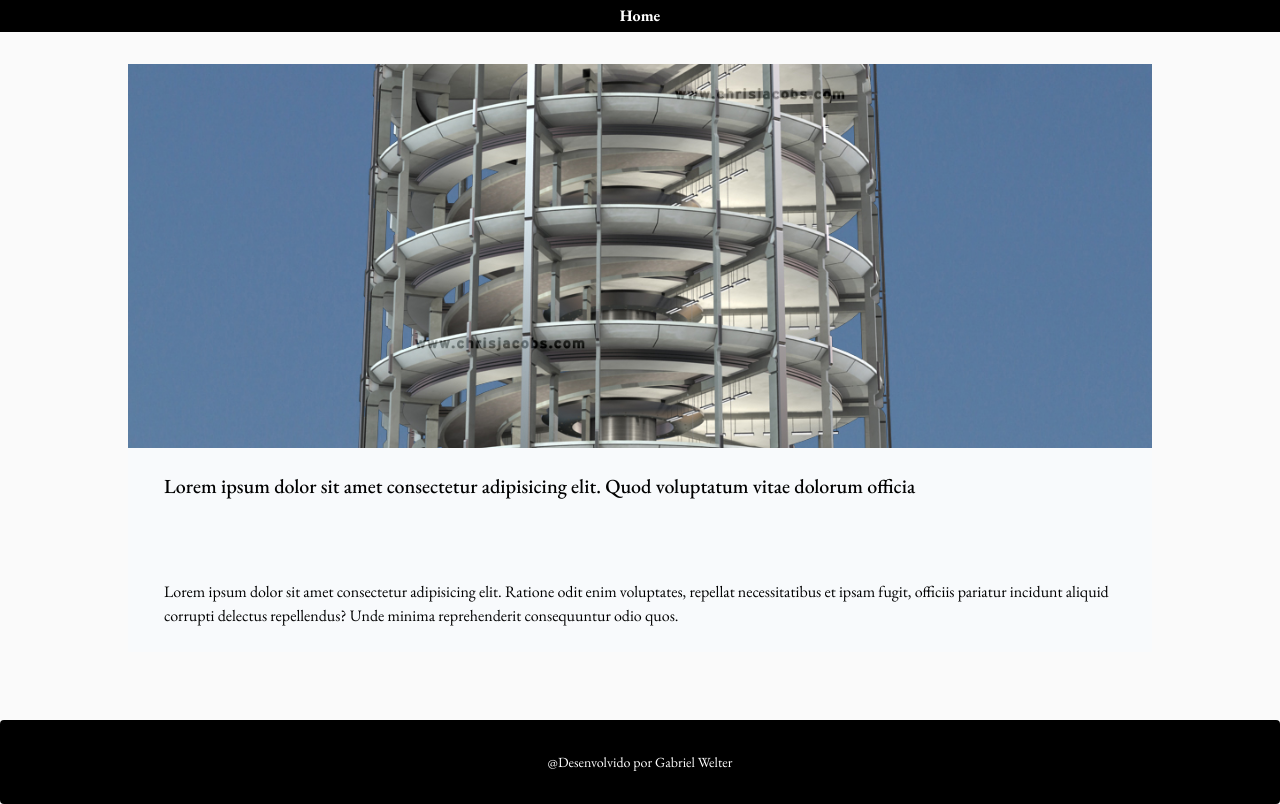
Repository: weltergab/Your-News-2-prismic-cms
Page: /noticiafull
The author's editor kept a copy of each file at every save. The page is drawn from the files as they stood at one save, then again after the next save.
The browser window is 1280 px wide. The pictures show the whole page.
The project was rebuilt for these pictures with package versions that can differ from the ones it lists, and the page was loaded fresh each time. The framework's server and built-in components were replaced by stand-ins that run in the browser. Also part of the build but not shown: next.config.js.

Above is the page before, as saved 2023-04-30 20:06:49.

### src/pages/_document.tsx
import { Footer } from '@/components/Footer'
import { Navegacao } from '@/components/Navegacao'
import { Html, Head, Main, NextScript } from 'next/document'

export default function Document() {
  return (
    <Html lang="en">
      <Head>
        <link
          href="https://fonts.googleapis.com/css2?family=Roboto:wght@400;500&display=swap"
          rel="stylesheet"
        />
        <link rel="preconnect" href="https://fonts.googleapis.com" />
        <link rel="preconnect" href="https://fonts.gstatic.com" />
        <link href="https://fonts.googleapis.com/css2?family=EB+Garamond:ital,wght@0,400;0,500;0,600;0,700;0,800;1,400;1,500;1,600;1,700;1,800&family=Montserrat:ital,wght@0,300;0,400;0,500;0,600;0,700;0,800;0,900;1,300;1,400;1,500;1,600;1,700;1,800;1,900&display=swap" rel="stylesheet" />
      </Head>
      <body>
        <Navegacao />

        <Main />
        <NextScript />

        <Footer />
      </body>
    </Html>
  )
}

### src/pages/noticiafull/index.tsx
import Image from "next/image";

function NoticiaFull() {

  return (
    <div className='bg-color-bg bg-center bg-cover bg-no-repeat min-h-screen items-center flex flex-col'>

      <h1>Noticia Full</h1>
      <div className="bg-color-bg2 items-center flex flex-col mt-8 w-full max-w-5xl">
        <div className="h-96 w-full border-color-bg2 bg-green-300 relative overflow-hidden">
          <Image
            src="/vert.jpg"
            alt="Minha imagem"
            fill
            style={{ objectFit: 'cover' }} // object-fit: "contain"
          />
        </div>
        <div className="h-auto py-6 mx-3 px-6 flex flex-col relative">
          <h1 className="font-medium pb-20 text-xl">Lorem ipsum dolor sit amet consectetur adipisicing elit. Quod voluptatum vitae dolorum officia</h1>
          <p>Lorem ipsum dolor sit amet consectetur adipisicing elit. Ratione odit enim voluptates, repellat necessitatibus et ipsam fugit, officiis pariatur incidunt aliquid corrupti delectus repellendus? Unde minima reprehenderit consequuntur odio quos.</p>
        </div>
      </div>

    </div>
  )
}

export default NoticiaFull;

### src/styles/globals.css
@tailwind base;
@tailwind components;
@tailwind utilities;

h1 {
    @apply text-2xl text-color-title;
}

body {
    @apply bg-color-bg text-color-text2;
    -webkit-font-smoothing: antialiased;
  }

  /*

  a {
    color: #0070f3;
    text-decoration: none;
    font-weight: bold;
  }

  a:hover {
    font-style: italic;
  }


.btn {
    @apply text-base font-medium rounded-lg p-3;
}
.btn--primary {
    @apply bg-sky-500 text-white;
}
.btn--secondary {
    @apply bg-slate-100 text-slate-900;
}


Caixa de Texto 1
color: #f8fafc;
    background-color: var(--tw-prose-pre-bg);
    overflow-x: auto;
    font-weight: 400;
    font-size: .875em;
    line-height: 1.7142857;
    margin-top: 1.4285714285714286em;
    margin-bottom: 2.2857142857142856em;
    border-radius: 0.75rem;
    padding: 1.25rem;
    box-shadow: 0 4px 6px -1px #0000001a, 0 2px 4px -2px #0000001a;
    display: flex;
*/

### src/components/Footer/index.tsx
export function Footer() {
  return (
    <div className="bg-color-footer text-color-text w-full p-8 rounded">
      <div className="text-center text-sm">
        @Desenvolvido por Gabriel Welter
      </div>
    </div>
  );
}

### src/components/Navegacao/index.tsx
import Link from "next/link";

export function Navegacao() {
  return (
    <div className="bg-color-footer text-color-text w-full p-1 mb-40 top-0 fixed z-10">
      <div className="text-center">
        <Link href="/">
          <h2 className="font-bold">Home</h2>
        </Link>
      </div>
    </div>
  );
}

### tailwind.config.js
/** @type {import('tailwindcss').Config} */
module.exports = {
  content: [
    './src/pages/**/*.{js,ts,jsx,tsx,mdx}',
    './src/components/**/*.{js,ts,jsx,tsx,mdx}',
    './src/app/**/*.{js,ts,jsx,tsx,mdx}',

    // Or if using `src` directory:
    "./src/**/*.{js,ts,jsx,tsx,mdx}",
  ],
  theme: {
    extend: {
      backgroundImage: {
        blur: 'url(/assets/blur-background.png)'
      },
      fontFamily: {
        sans: 'EB Garamond, serif, Montserrat, sans-serif'
      },
      colors: {
        black1: { //
          200: '#848DA0',
          300: '#C4C4C4',
          400: '#444B5B',
          500: '#0EE7B7',
          600: '#7AC7E3',
        },
        green: {
          300: '#00B37E',
          500: '#00875F',
          700: '#015F43',
        },
        blue: {
          500: '#81D8F7',
          700: '#1B2138',
          900: '#11172B',//
        },
        orange: {
          500: '#FBA94C',
        },
        red: {
          500: '#F75A68',
        },
        gray: {
          100: '#E1E1E6',
          200: '#C4C4CC',
          300: '#8D8D99',
          400: '#f8fafc', //
          500: '#323238',
          600: '#29292E',
          700: '#121214',
          900: '#09090A',
        },
        test: {
          100: '#1A1E23',
          200: '#4A90E2',
          300: '#F2F2F2',
          400: '#222222',
          500: '#68CC7A',
          600: '#FF5B5B',
        },
        fav: {
          100: '#242D34', //desfocado twitter blue
          300: '#15202B', //twitter blue
          200: '#282A36', //vscode
          400: '#11172B', //meu portifolio
        },
        color1: {
          'btn': '#0E2A47', // botões principais, textos de destaque e links que precisam se destacar
          'btn2': '#485B39', // botões secundários, elementos de navegação e detalhes que precisam se destacar sem serem tão intensos
          'bg': '#D8D8D8', // bg
          'bg2': '#11172B', // fundos dos elementos de conteúdo
          'del': '#7A1E1E', // botões de ação destrutiva
          'title': '#3B0D35', // cabeçalhos de seções importantes e títulos de página
          'confirm': '#FFA400', // botões de ação positiva
          'text': '#FFFFFF', // texto principal e o fundo de elementos de destaque
          'text2': '#000000',
          'div': '#A8A8A8', // bordas e elementos de divisão
          'footer': '#000000', // footer e nav
        },
        color: {
          'btn': '#0E2A47',
          'btn2': '#485B39',
          'bg': '#FAFAFA',
          'bg2': '#f8fafc',
          'del': '#7A1E1E',
          'title': '#000000',
          'confirm': '#FFA400',
          'text': '#FFFFFF',
          'text2': '#000000',
          'div': '#A8A8A8',
          'footer': '#000000',
        }
      },
    },
  },
  plugins: [],
}

Loaded but not shown: src/pages/_app.tsx (common file)

After the next save:
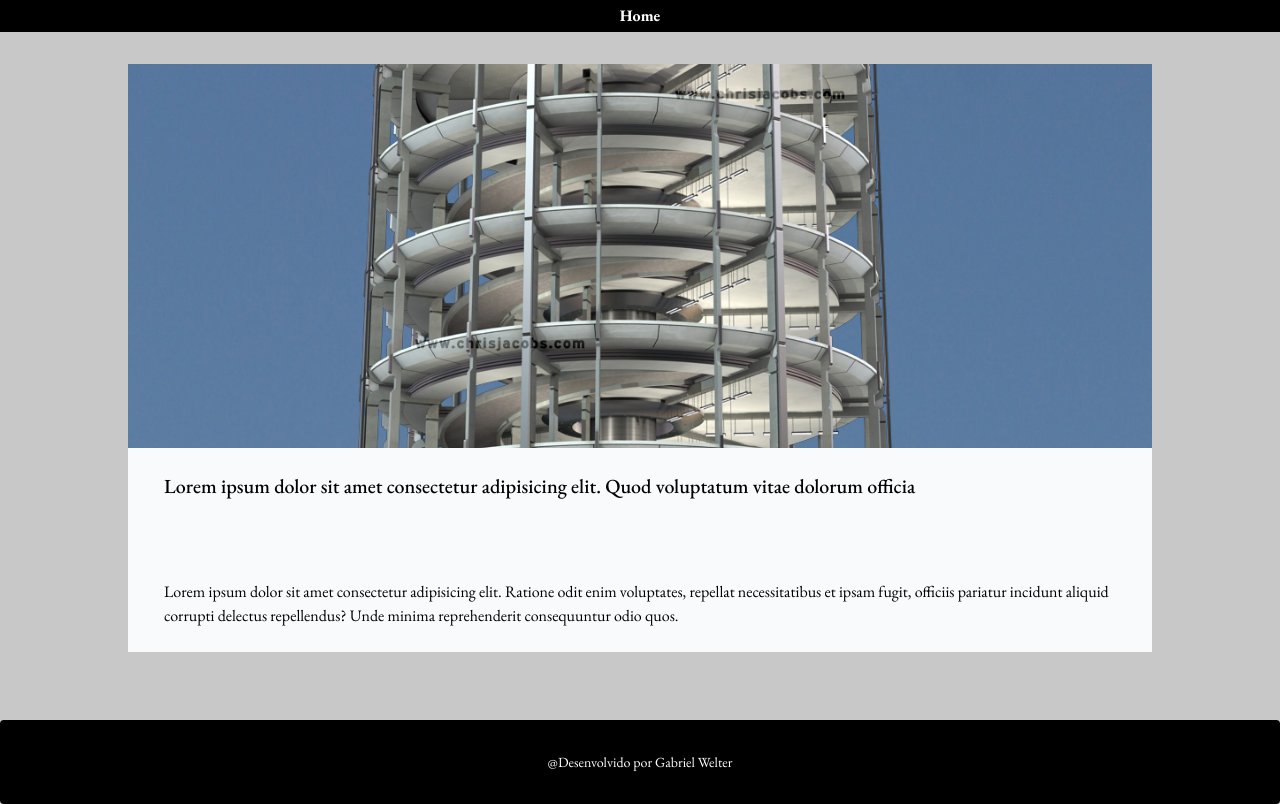
Saved 2 min 21 s later.
--- a/tailwind.config.js
+++ b/tailwind.config.js
@@ -80,7 +80,7 @@
         color: {
           'btn': '#0E2A47',
           'btn2': '#485B39',
-          'bg': '#FAFAFA',
+          'bg': '#C8C8C8',
           'bg2': '#f8fafc',
           'del': '#7A1E1E',
           'title': '#000000',
